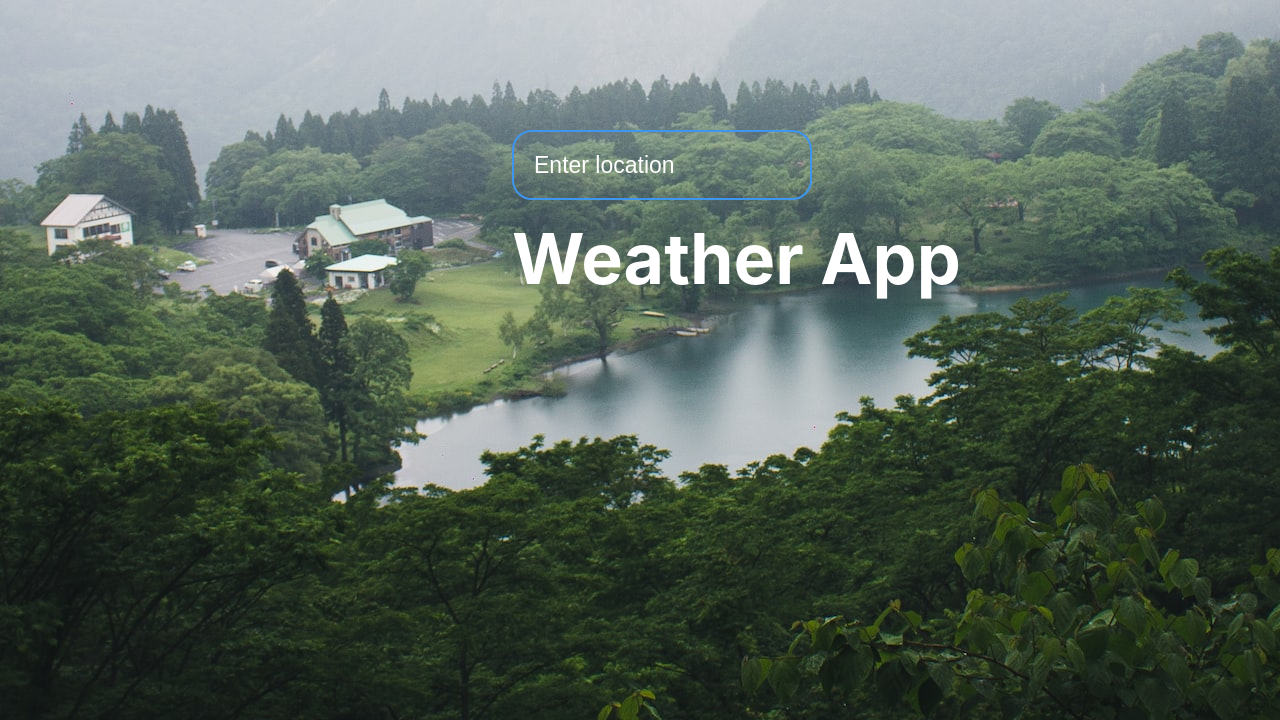
Repository: RenataDzotova/WeatherForecast
Page: /
An editor plug-in stored every save of this project. The page is shown before and after the next save, followed by the edit.
The browser window is 1280 px wide. The pictures show the whole page.
The project was rebuilt for these pictures with package versions that can differ from the ones it lists, and the page was loaded fresh each time. The framework's server and built-in components were replaced by stand-ins that run in the browser. Also part of the build but not shown: next.config.js, styles/Home.module.css.

Above is the page before, as saved 2023-01-19 16:38:40.

### pages/index.js
import Head from 'next/head'
import Image from 'next/image'
import styles from '../styles/Home.module.css'
import axios from 'axios'
import { useState } from 'react'
import { FlexBox, Wrapper, Text, ImgPlaceholder } from '../styles/global'

export default function Home() {
  const [data, setData] = useState({});
  const [location, setLocation] = useState('');
  const [weather, setWeather] = useState();
  const [errorMessage, setErrorMessage] = useState('')
  const [showTitle, setShowTitle] = useState('Weather App')

  const searchLocation = (event) => {
    if (event.key === "Enter"){
      axios.get(url)
      .then((response) => {
        console.clear()
        setData(response.data)
        console.log(response.data)
        setWeather(response.data.weather)
        setErrorMessage("")
        setShowTitle("")
      }) .catch(err => {
        console.log(err)
        setErrorMessage("Please enter another location")
        setData({})
        setWeather()
      })
      setLocation('')
    }
  }

  var apiKey = "f1c3aba9f416efdb16702d2866709e98";
  var lang = "en";
  var units = "metric";
  const url = `https://api.openweathermap.org/data/2.5/weather?q=${location}&units=${units}&appid=${apiKey}&lang=${lang}`

  return (
    <div className={styles.bg}>
      <Head>
        <title>Create Next App</title>
        <meta name="description" content="Generated by create next app" />
        <link rel="icon" href="/favicon.ico" />
        <link rel="preconnect" href="https://fonts.gstatic.com" crossorigin />
        <link
            href="https://fonts.googleapis.com/css2?family=Plus+Jakarta+Sans:ital,wght@0,200;0,300;0,400;0,500;0,600;0,700;0,800;1,200;1,300;1,400;1,500;1,600;1,700;1,800&display=swap"
            rel="stylesheet"
            />
      </Head>

      <main>


        {
          data &&
            <span>
              {errorMessage}
              <span className='titleText'>
              {showTitle}
              </span>
            </span>
        }


        <input className='inputStyle'
          value = {location}
          onChange={event=> setLocation(event.target.value)}
          placeholder="Enter location"
          onKeyDown={searchLocation}
          type="text"
          style={{position:"absolute", top:"130px", left:"40%" }}
        >
        </input>

        {
          weather && weather.map((w, index) =>{
            return(
              <Wrapper bgImage={ data.main.temp.toFixed() < 0 && w.main=="Snow" ? "/alora-griffiths-HlnFco4i624-unsplash.jpg" : w.main=="Rain" || w.main=="Thunderstorm" ? "/nick-nice-ve-R7PCjJDk-unsplash.jpg" : w.main=="Clouds" ? "/johny-goerend-z_SXPzTMKkc-unsplash.jpg" : "/kenrick-mills-MF9Wy1NA55I-unsplash-2.jpg"} key={index}>

                  <FlexBox dir="column" width="100%" height="100%">
                    <FlexBox dir="column" margin="200px 0 0 0">
                      <Text color="white" fontSize="65px" fontWeight="bold">{data.name}</Text>
                        <FlexBox alignItems="flex-start">
                          <Text color="white" fontSize="90px" fontWeight="bold">{data.main.temp.toFixed()}°</Text>
                          <FlexBox margin="15px 0 12px 10px"><Text color="white" fontSize="30px">{w.main} </Text></FlexBox>
                        </FlexBox>
                    </FlexBox>

                    <FlexBox flexWrap="wrap" margin="100px 0 0 0" bgColor="rgba(227, 227, 227, 0.25)" border="rgba(227, 227, 227) solid 2px" minHeight="130px" width="60%" borderRadius="30px" justifyContent="space-around" padding="0 20px 0 20px">
                      <FlexBox dir="column">
                        <Text color="white" fontSize="65px" fontWeight="700">{data.main.feels_like.toFixed()}°C</Text>
                        <Text color="white">Feels like</Text>
                      </FlexBox>
                      <FlexBox dir="column">
                        <Text color="white" fontSize="65px" fontWeight="700">{data.main.humidity}%</Text>
                        <Text color="white">Humidity</Text>
                      </FlexBox>
                      <FlexBox dir="column">
                        <FlexBox>
                          <Text color="white" fontSize="65px" fontWeight="700">{data.main.pressure}</Text>
                          <Text fontSize="20px" margin="0 0 15px 0" color="white">hPa</Text>
                        </FlexBox>
                        <Text color="white">Pressure</Text>
                      </FlexBox>
                      { data.wind.gust &&
                      <FlexBox dir="column">
                        <FlexBox>
                          <Text color="white" fontSize="65px" fontWeight="700">{data.wind.gust}</Text>
                          <Text fontSize="20px" margin="0 0 15px 0" color="white">M/s</Text>
                        </FlexBox>
                        <Text color="white">Wind</Text>
                      </FlexBox>
                      }
                    </FlexBox>
                  </FlexBox>
              </Wrapper>
            )
          })
        }
      </main>

      {/* <footer className={styles.footer}>
        <a
          href="https://vercel.com?utm_source=create-next-app&utm_medium=default-template&utm_campaign=create-next-app"
          target="_blank"
          rel="noopener noreferrer"
        >
          Powered by{' '}
          <span className={styles.logo}>
            <Image src="/vercel.svg" alt="Vercel Logo" width={72} height={16} />
          </span>
        </a>
      </footer> */}
    </div>
  )
}

### styles/globals.css
html,
body {
  padding: 0;
  margin: 0;
  font-family: -apple-system, BlinkMacSystemFont, Segoe UI, Roboto, Oxygen,
    Ubuntu, Cantarell, Fira Sans, Droid Sans, Helvetica Neue, sans-serif;
  background-image: url("../public/cory-bjork-nkXNnX4BG1k-unsplash.jpg");
  background-position: center;
  background-repeat: no-repeat;
  display: flex;
  justify-content: center;
  align-items: center;
  flex-direction: column;
}

.titleText{
  font-size: 70px;
  font-weight: 700;
  color: white;
  background-color: transparent;
  position: absolute;
  left: 40%;
  top: 30%;
}

a {
  color: inherit;
  text-decoration: none;
}

.inputStyle{
  border-radius: 20px;
  height: 70px;
  width: 300px;
  font-size: 23px;
  padding: 20px;
  background-color: transparent;
  color: rgb(14, 40, 66);
  border: 2px solid rgb(62, 150, 239);
}
::placeholder {
  color: white;
  opacity: 1; /* Firefox */
}

* {
  box-sizing: border-box;
}

@media (prefers-color-scheme: dark) {
  html {
    color-scheme: dark;
  }
  body {
    color: white;
    background: black;
  }
}

### styles/global.js
import styled from 'styled-components';

export const Text = styled.p`
    font-size: ${props=>props.fontSize || "21px"};
    font-weight: ${props=>props.fontWeight || "normal"};
    color: ${props=>props.color};
    margin: ${props=>props.margin || "0px"};

`


export const FlexBox = styled.div`
    display:flex;
    justify-content:${props=>props.justifyContent || "center"};
    align-items:${props=>props.alignItems || "center"};
    flex-direction:${props=>props.dir || "row"};
    flex-wrap: ${props=>props.flexWrap};
    width: ${props=>props.width};
    height: ${props=>props.height};
    background-color: ${props=>props.bgColor};
    padding: ${props=>props.padding};
    margin: ${props=>props.margin || "0px"};
    min-height: ${props=>props.minHeight};
    max-height: ${props=>props.maxHeight};
    background-image: ${props=>props.linearGradient || "none"}, url(${props=>props.bgImage});
    background-position: ${props=>props.bgPosition || "center"};
    background-size: ${props=>props.bgSize || "cover"};
    background-repeat: ${props=>props.bgRepeat};
    border-radius:${props=>props.borderRadius};
    filter: ${props=>props.filter};
    border: ${props=>props.border};
    z-index:${props=>props.zIndex};
    position: ${props=>props.position};
    top: ${props=>props.top};
    left:${props=>props.left};
    bottom: ${props=>props.bottom};
    border-bottom-style: ${props=>props.borderBottom};
    box-shadow: ${props=>props.boxShadow};
    border-top: ${props=>props.topBorder};
    border-bottom: ${props=>props.bottomBorder};
    color: ${props=>props.color};
    font-weight: ${props=>props.fontWeight};
    cursor: ${props=>props.cursor};
    max-width: ${props=>props.maxWidth};
    min-width: ${props=>props.minWidth};
    overflow-y: ${props=>props.overflowY};
    overflow-anchor: ${props=>props.overflowA};
    overflow-x: ${props=>props.overflowX};
`

export const Wrapper = styled(FlexBox) `
    width: 100vw;
    min-width: ${props=>props.minWidth};
    height: ${props=>props.height || "100vh"};
    padding:${props=>props.padding};
    overflow-x: ${props=>props.overflowX};
    overflow-y: ${props=>props.overflowY};
    background-image: ${props=>props.linearGradient || "none"}, url(${props=>props.bgImage});
    background-position: ${props=>props.bgPosition || "center"};
    background-size: ${props=>props.bgSize || "cover"};
`


export const ImgPlaceholder = styled.div`
    width: ${props=>props.width || "134px"};
    height: ${props=>props.height || "154px"};
    border-radius: ${props=>props.borderRadius || "8px 0px 0px 8px"};
    background-image: url(${props=>props.bgImage});
    margin: ${props=>props.margin};
    position: ${props=>props.position};
    top: ${props=>props.top};
    background-position: center;
    background-size: cover;
`

Loaded but not shown: pages/_app.js (common file)

After the next save:
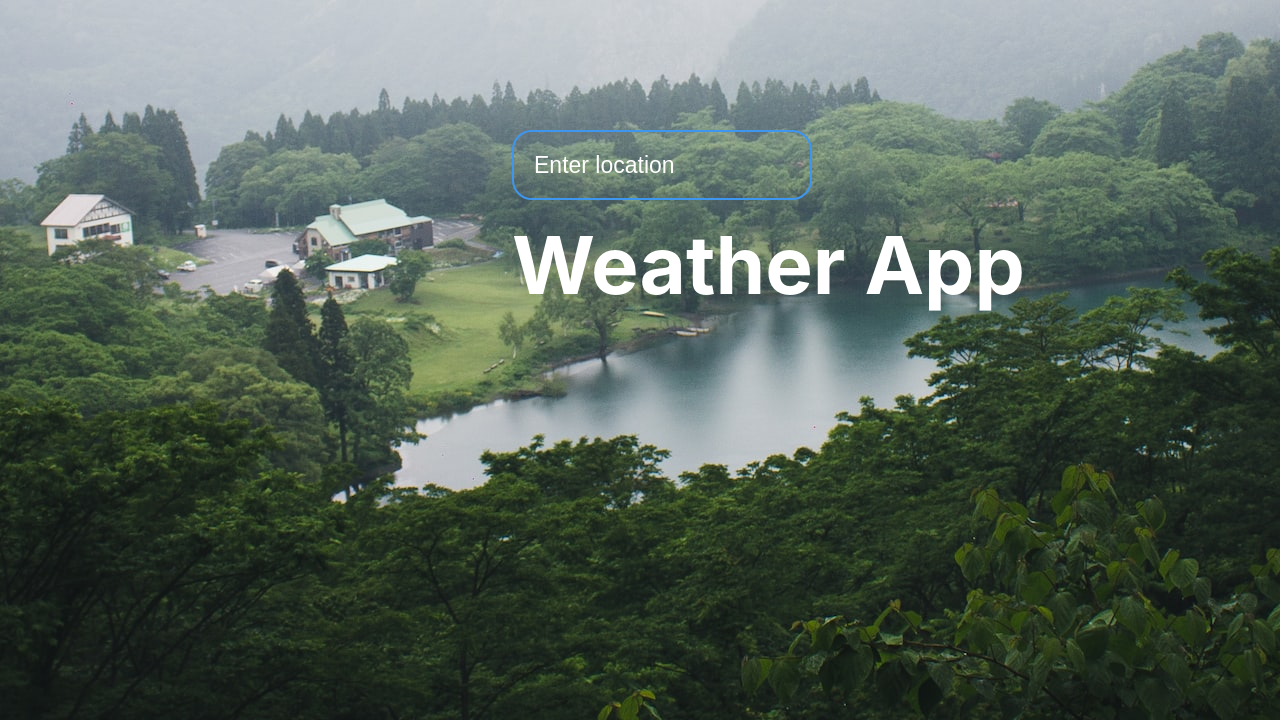
Saved 22 s later.
--- a/styles/globals.css
+++ b/styles/globals.css
@@ -14,7 +14,7 @@ body {
 }
 
 .titleText{
-  font-size: 70px;
+  font-size: 80px;
   font-weight: 700;
   color: white;
   background-color: transparent;
